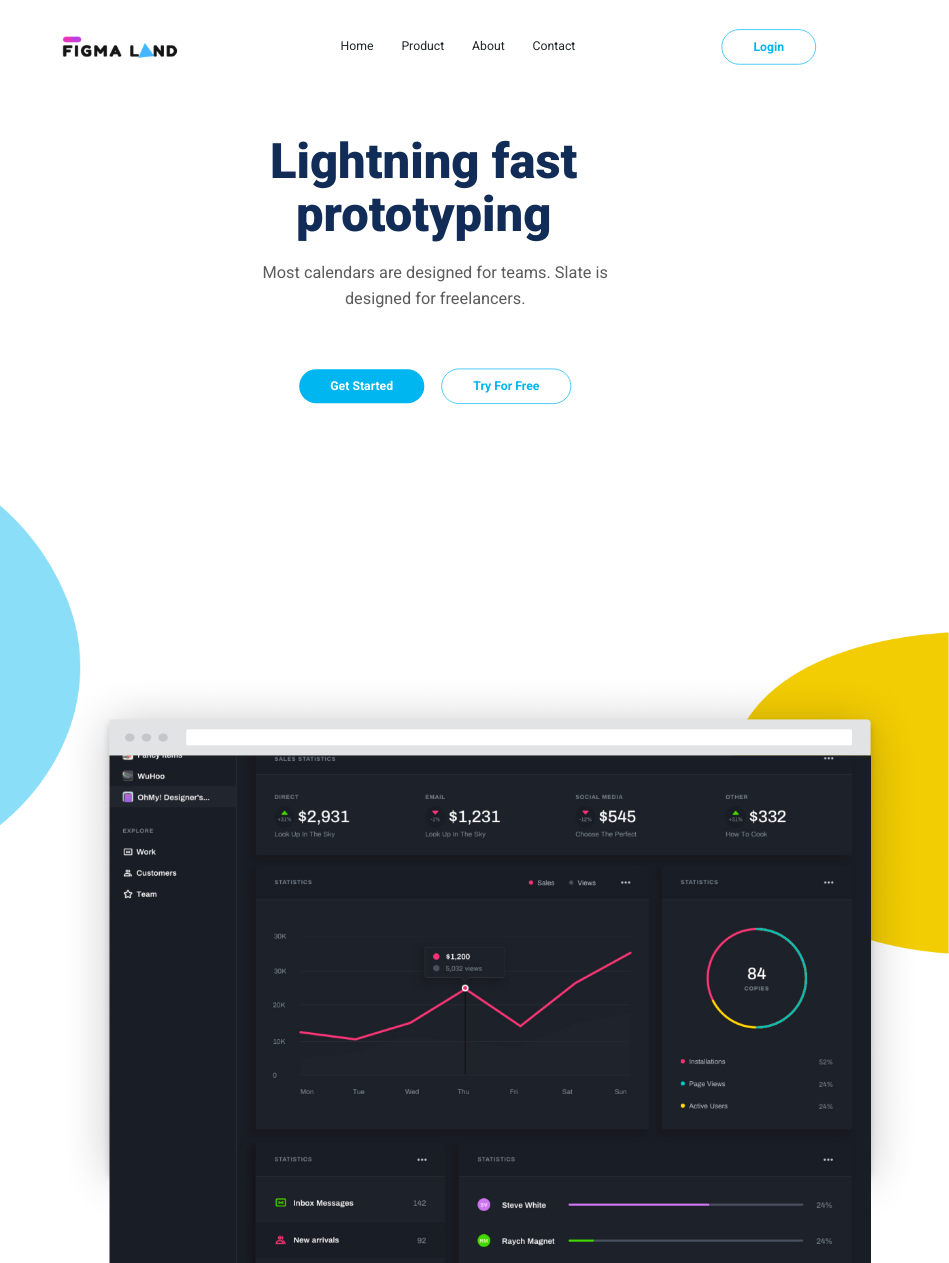
Repository: tungcutte35/Figma-Land
Page: sass/index.html
These files come from the project's save history. The page is drawn as it stood at one moment and after the next save; the edit follows.
The browser window is 1280 px wide. The page is 1395 px wide, so the pictures cover 1395 px, including what lies to the right of the window. The pictures show the whole page, at 68% of full size.
The style sheet was rebuilt from its Sass, Less or Tailwind sources for each picture, by a compiler version that may differ from the author's.

Above is the page before, as saved 2021-10-23 16:41:10.

After the next save:
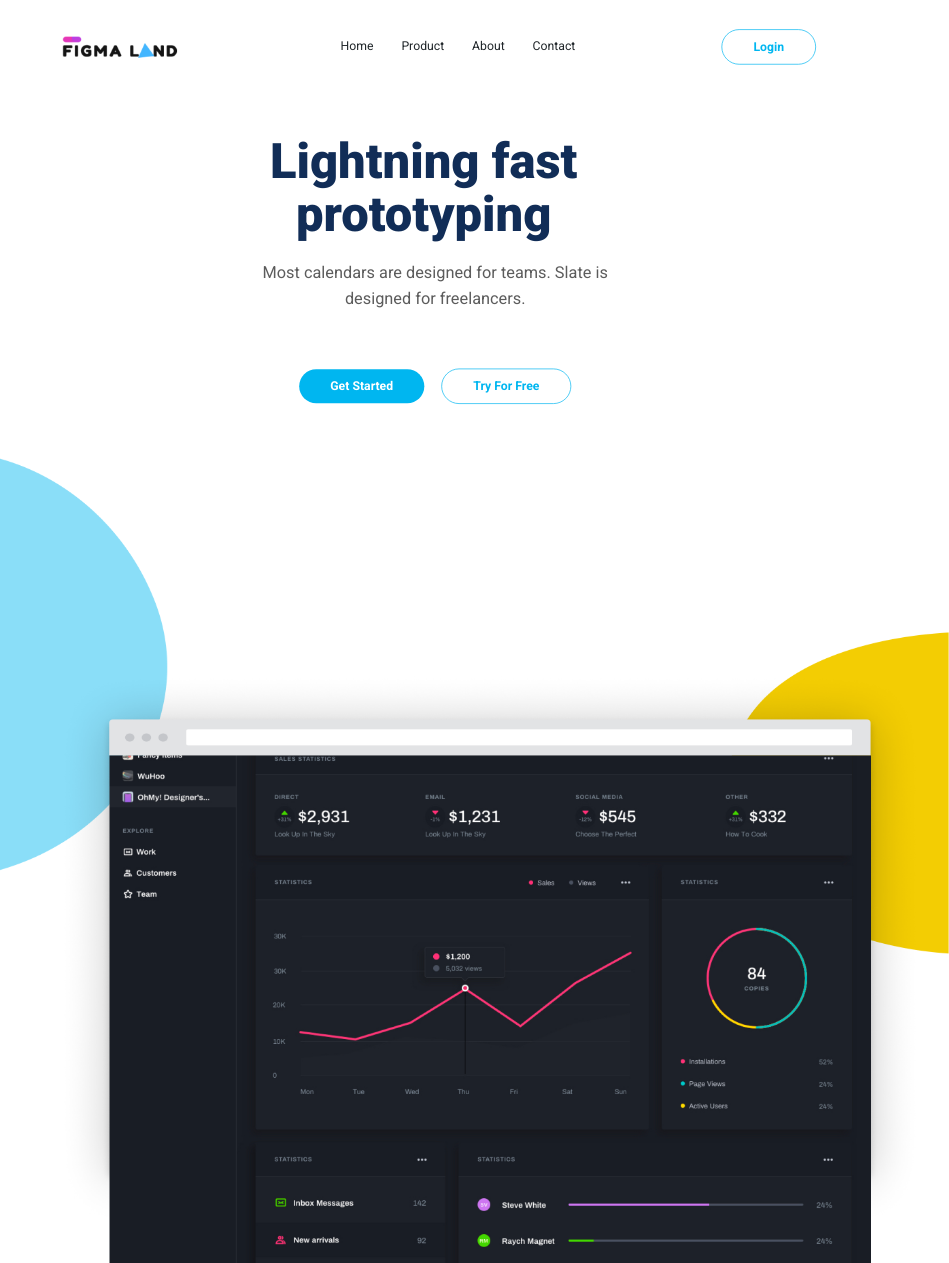
Saved 27 s later.
--- a/sass/_lightning.scss
+++ b/sass/_lightning.scss
@@ -30,7 +30,7 @@
   }
   &-vector1 {
     position: absolute;
-    left: -10%;
+    left: 0;
     bottom: -80%;
   }
   &-vector2 {
